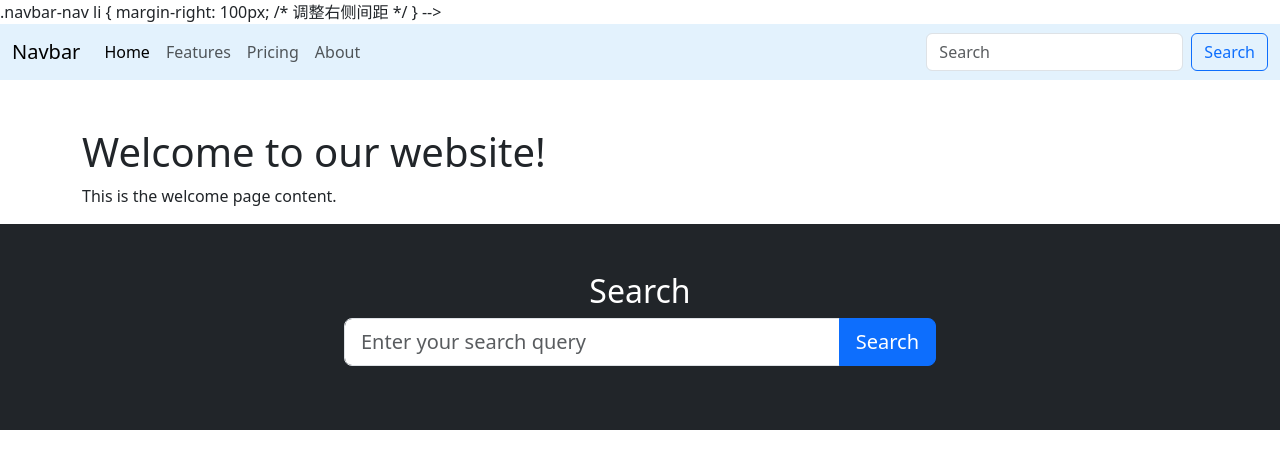
Repository: gyfffffff/meishimeike_test
Page: meishimeike/hello.html
An editor plug-in stored every save of this project. The page is shown before and after a run of saves, followed by the edit.
The browser window is 1280 px wide. The pictures show the whole page.

Above is the page before, as saved 2023-07-13 10:51:09.

### meishimeike/hello.html
<!DOCTYPE html>
<html lang="en">

<head>
    <meta charset="UTF-8">
    <meta name="viewport" content="width=device-width, initial-scale=1.0">
    <link rel="stylesheet" href="https://cdn.jsdelivr.net/npm/bootstrap@5.3.0/dist/css/bootstrap.min.css">
    <!-- <!-- <style> -->
        <!-- .navbar {
            margin-right: 200px;
            /* 调整导航栏与其他内容的间距 */
        } -->

        .navbar-nav li {
            margin-right: 100px;
            /* 调整右侧间距 */
        }
    </style> -->

    <title>美食每刻</title>
</head>

<body>
<nav class="navbar navbar-expand-lg" style="background-color: #e3f2fd;" data-bs-theme="light">
    <div class="container-fluid">
        <a class="navbar-brand" href="#">Navbar</a>
        <button class="navbar-toggler collapsed" type="button" data-bs-toggle="collapse" data-bs-target="#navbarColor03"
            aria-controls="navbarColor03" aria-expanded="false" aria-label="Toggle navigation">
            <span class="navbar-toggler-icon"></span>
        </button>
        <div class="navbar-collapse collapse" id="navbarColor03" style="">
            <ul class="navbar-nav me-auto mb-2 mb-lg-0">
                <li class="nav-item">
                    <a class="nav-link active" aria-current="page" href="#">Home</a>
                </li>
                <li class="nav-item">
                    <a class="nav-link" href="#">Features</a>
                </li>
                <li class="nav-item">
                    <a class="nav-link" href="#">Pricing</a>
                </li>
                <li class="nav-item">
                    <a class="nav-link" href="#">About</a>
                </li>
            </ul>
            <form class="d-flex" role="search">
                <input class="form-control me-2" type="search" placeholder="Search" aria-label="Search">
                <button class="btn btn-outline-primary" type="submit">Search</button>
            </form>
        </div>
    </div>
</nav>

    <div class="container mt-5">
        <h1>Welcome to our website!</h1>
        <p>This is the welcome page content.</p>
    </div>

    <div class="container-fluid bg-dark text-center p-5">
        <h2 class="text-white">Search</h2>
        <div class="input-group mb-3 w-50 mx-auto">
            <input type="text" class="form-control form-control-lg" placeholder="Enter your search query">
            <button class="btn btn-primary btn-lg" type="button">Search</button>
        </div>
    </div>

    <script src="https://cdn.jsdelivr.net/npm/bootstrap@5.3.0/dist/js/bootstrap.bundle.min.js"></script>
</body>

</html>

After the next 3 saves:
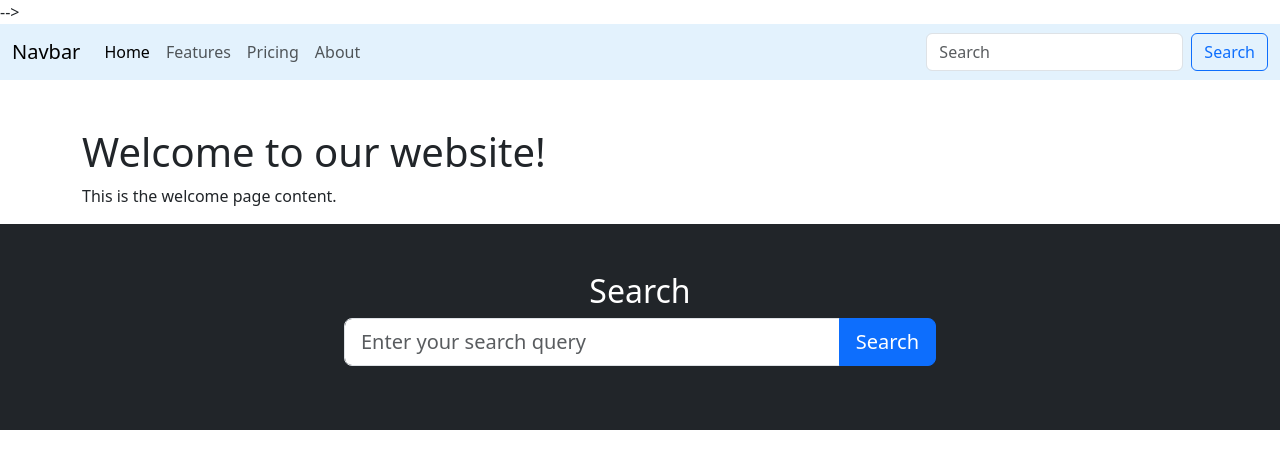
The 3 saves are shown as one change because they came seconds apart.
The last was saved 9 s later.
--- a/meishimeike/hello.html
+++ b/meishimeike/hello.html
@@ -5,11 +5,11 @@
     <meta charset="UTF-8">
     <meta name="viewport" content="width=device-width, initial-scale=1.0">
     <link rel="stylesheet" href="https://cdn.jsdelivr.net/npm/bootstrap@5.3.0/dist/css/bootstrap.min.css">
-    <!-- <!-- <style> -->
-        <!-- .navbar {
+    <style>
+        /* <!-- .navbar {
             margin-right: 200px;
             /* 调整导航栏与其他内容的间距 */
-        } -->
+        } */
 
         .navbar-nav li {
             margin-right: 100px;
